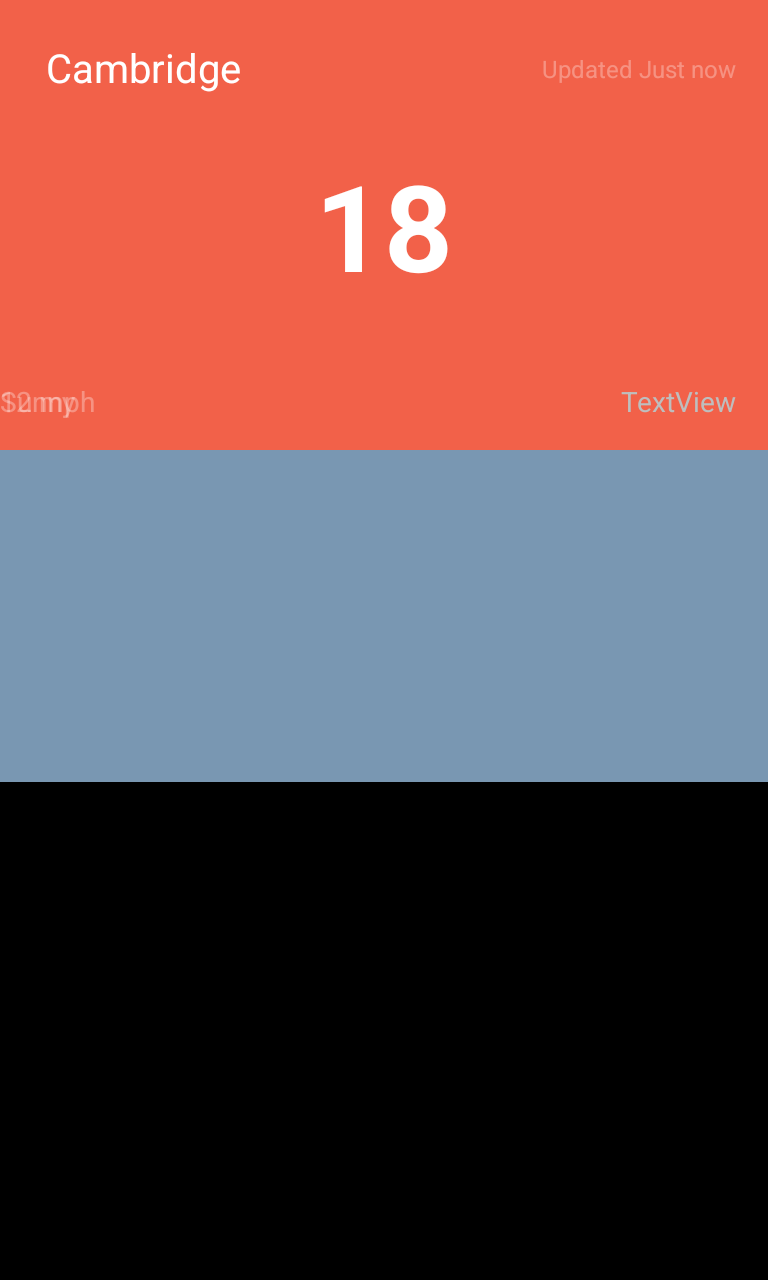
Repository: HarithaAmmuHari/Project
Layout: ExampleAnoop/res/layout/activity_main.xml
An editor plug-in stored every save of this project. The layout is shown before and after the next save, followed by the edit.
It is drawn on a 768 x 1280 px phone screen (xhdpi) without system bars, with theme android:Theme; the app's code is not run.

Above is the layout before, as saved 2015-01-24 05:11:32.

After the next save:
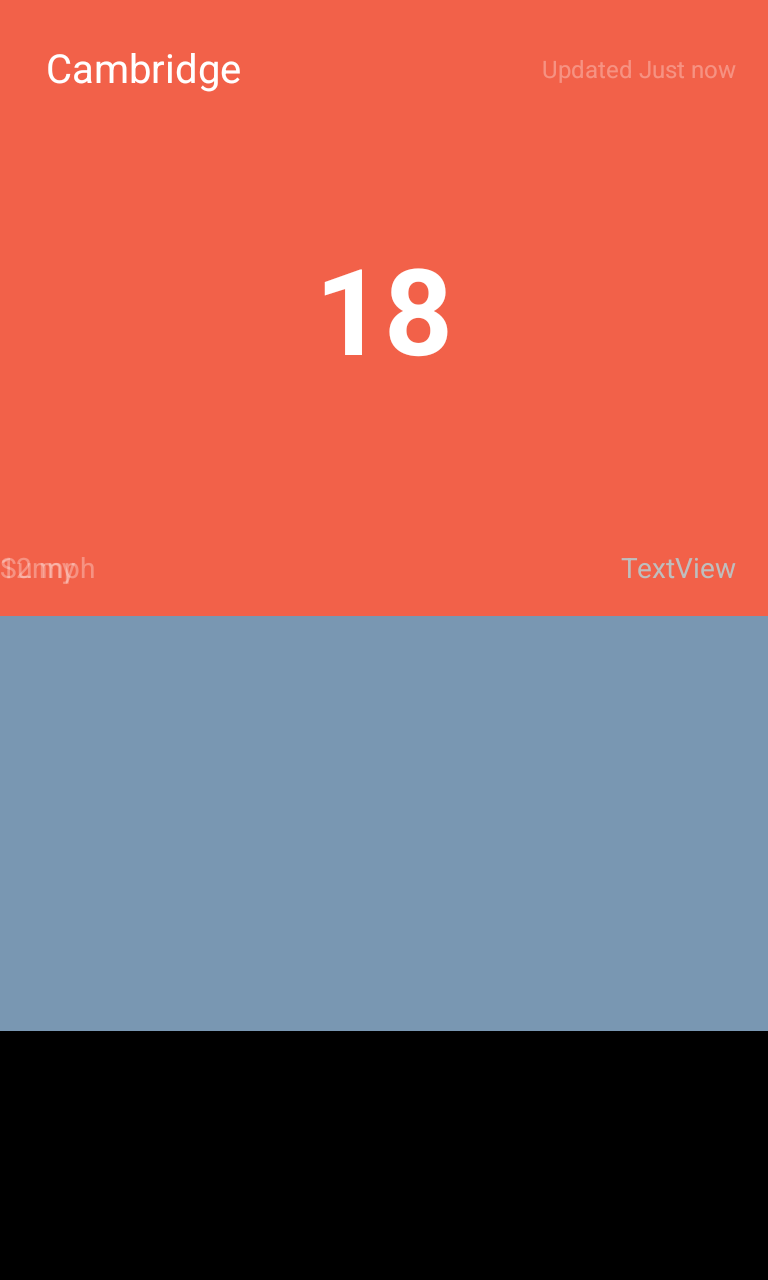
Saved 3 min 25 s later.
--- a/ExampleAnoop/res/layout/activity_main.xml
+++ b/ExampleAnoop/res/layout/activity_main.xml
@@ -10,7 +10,8 @@
     <RelativeLayout
         android:layout_width="match_parent"
         android:layout_height="225dp"
-        android:background="#F26149" >
+        android:background="#F26149"
+        android:layout_weight="4.0" >
 
         <TextView
             android:id="@+id/textView1"
@@ -81,7 +82,8 @@
     <RelativeLayout
         android:layout_width="match_parent"
         android:layout_height="166dp"
-        android:background="#7997B2" >
+        android:background="#7997B2"
+        android:layout_weight="2.0" >
 
     </RelativeLayout>
 
